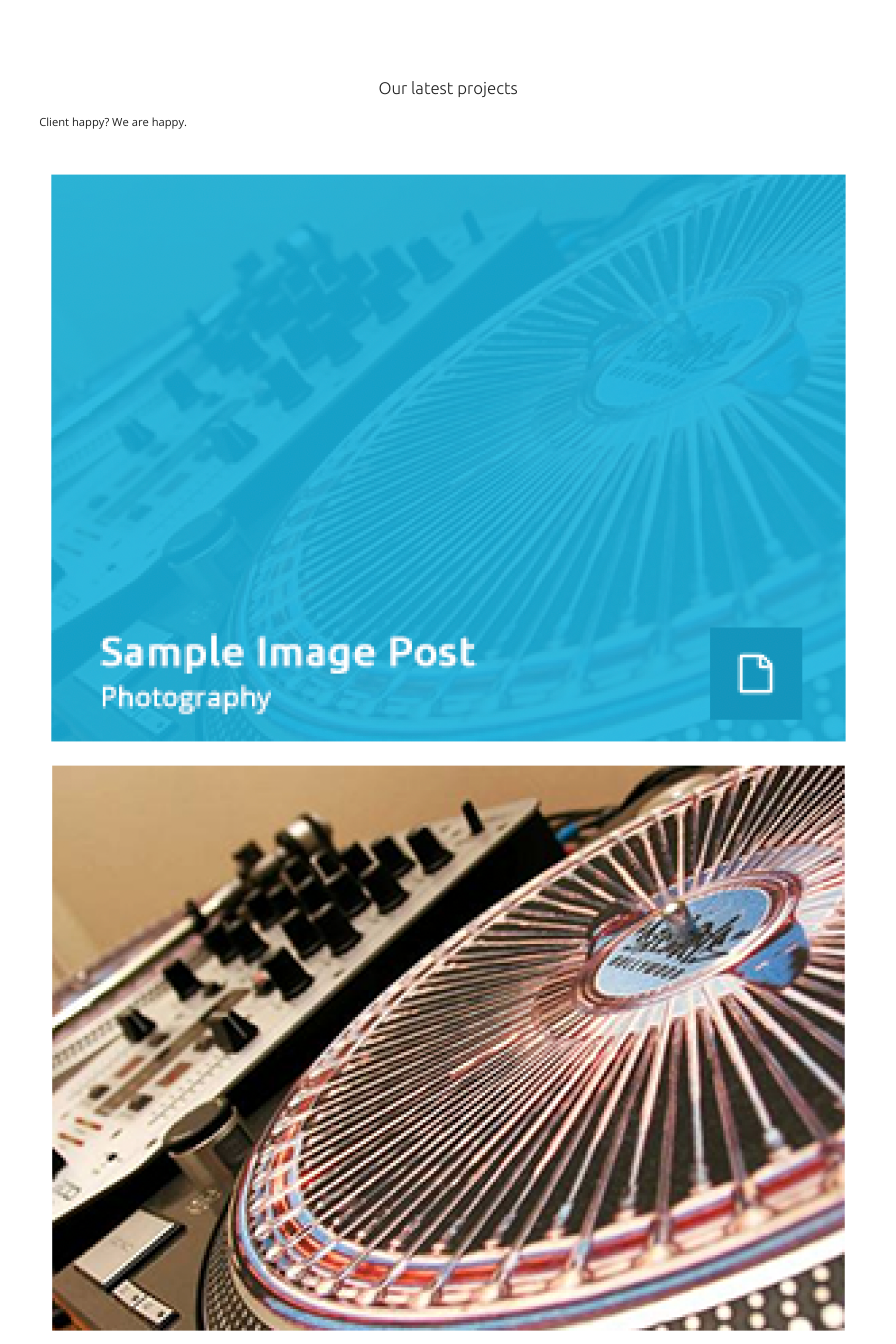
Repository: lpcmendoza/LAB02BF_Group9
Page: index.html
These files come from the project's save history. The page is drawn as it stood at one moment and after the next save; the edit follows.
The browser window is 1280 px wide. The pictures show the part of the page from y = 2918 to 4838 px (the page is 10419 px tall before and 6638 px after), at 70% of full size.

Above is the page before, as saved 2024-02-11 23:30:20.

After the next save:
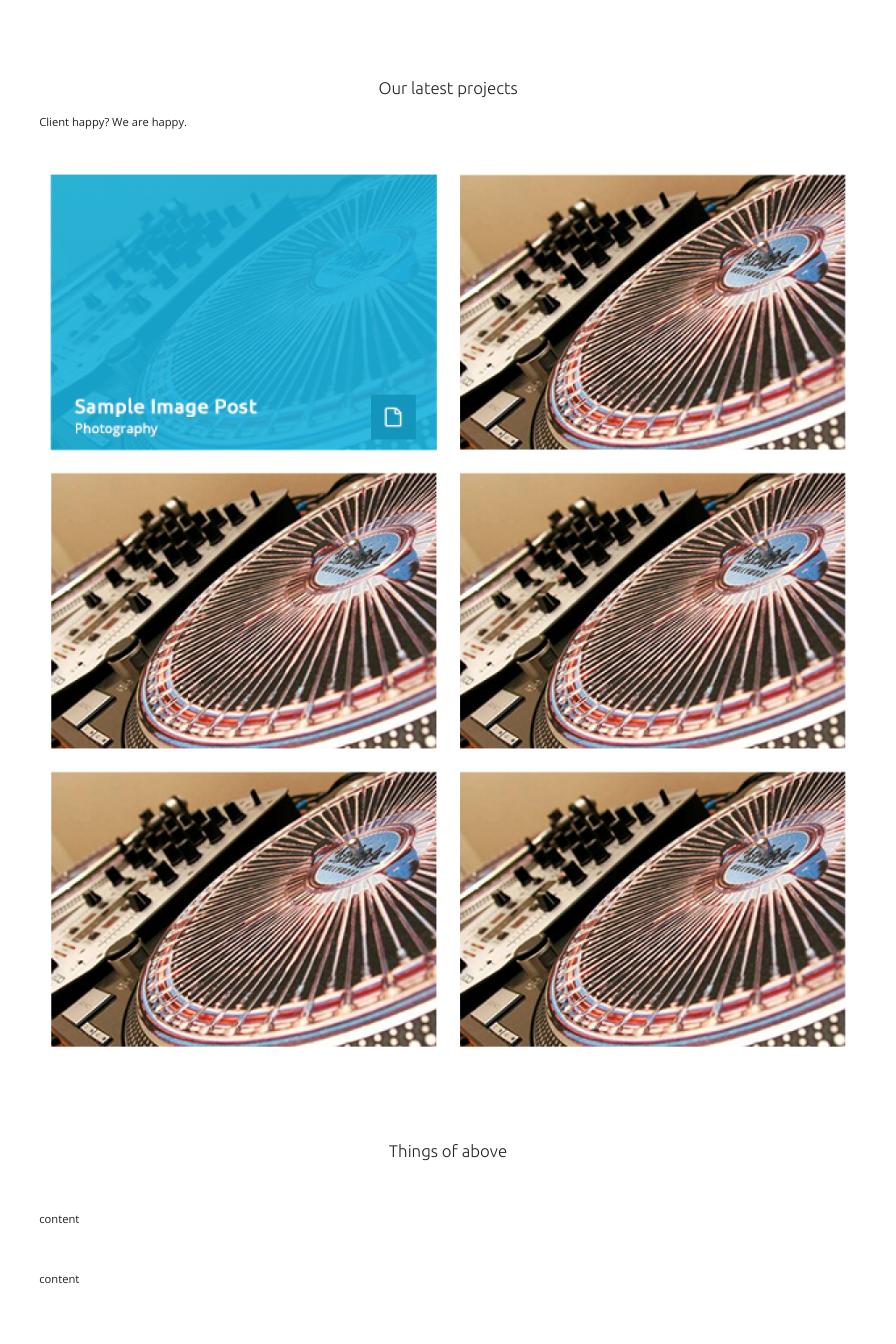
Saved 5 min 7 s later.
--- a/css/style.css
+++ b/css/style.css
@@ -403,6 +403,11 @@
     display: none;
   }
 
+  .latest-projects-content {
+    display: grid;
+    grid-template-columns: 1fr 1fr;
+  }
+
 }
 
 
